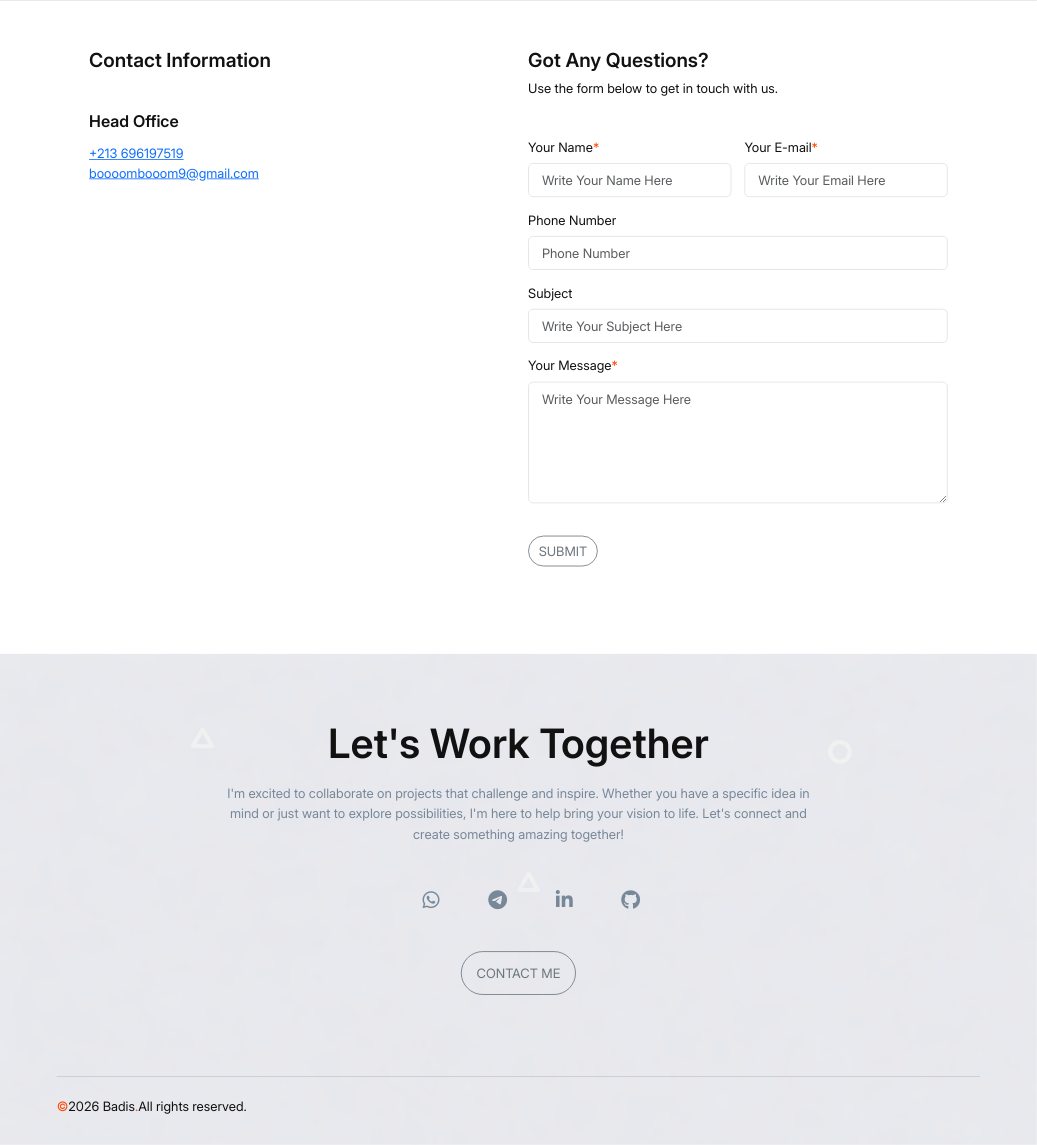
Repository: Badi-77/Portfolio
Page: Contact.html
The author's editor kept a copy of each file at every save. The page is drawn from the files as they stood at one save, then again after the next save.
The browser window is 1280 px wide. The pictures show the part of the page from y = 504 to 1917 px (the page is 1917 px tall), at 81% of full size.

Above is the page before, as saved 2026-02-17 20:37:43.

After the next save:
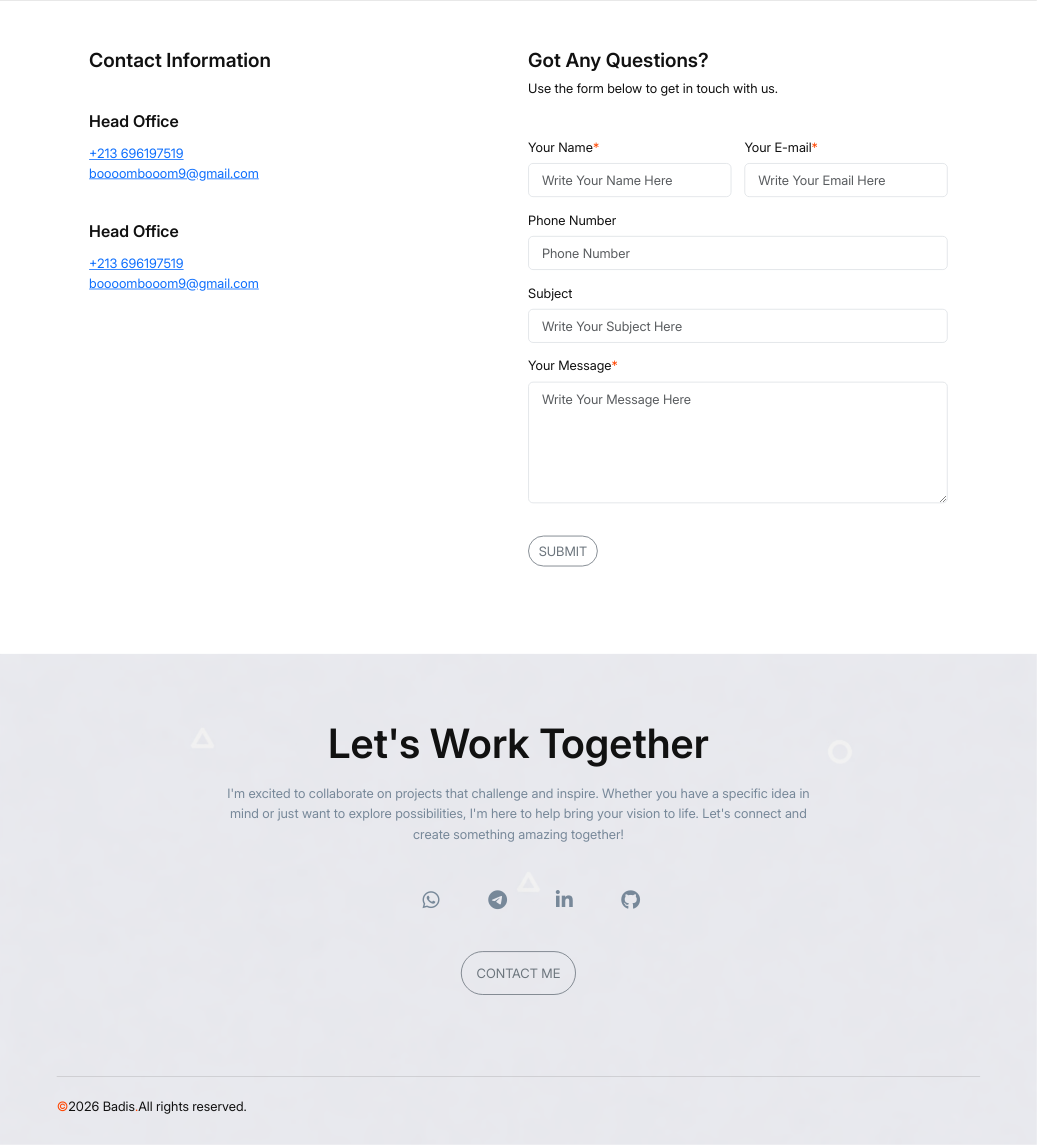
Saved 28 s later.
--- a/Contact.html
+++ b/Contact.html
@@ -149,6 +149,22 @@
                 </div>
               </div>
             </div>
+            <div class="col-md-6">
+              <div class="content-box my-5">
+                <h5 class="element-title fw-bold">Head Office</h5>
+                <div class="content-address">
+                  <p></p>
+                </div>
+                <div class="contact-number">
+                  <a href="#">+213 696197519</a>
+                </div>
+                <div class="email-adress">
+                  <p>
+                    <a href="#">boooombooom9@gmail.com</a>
+                  </p>
+                </div>
+              </div>
+            </div>
           </div>
         </div>
       </div>
